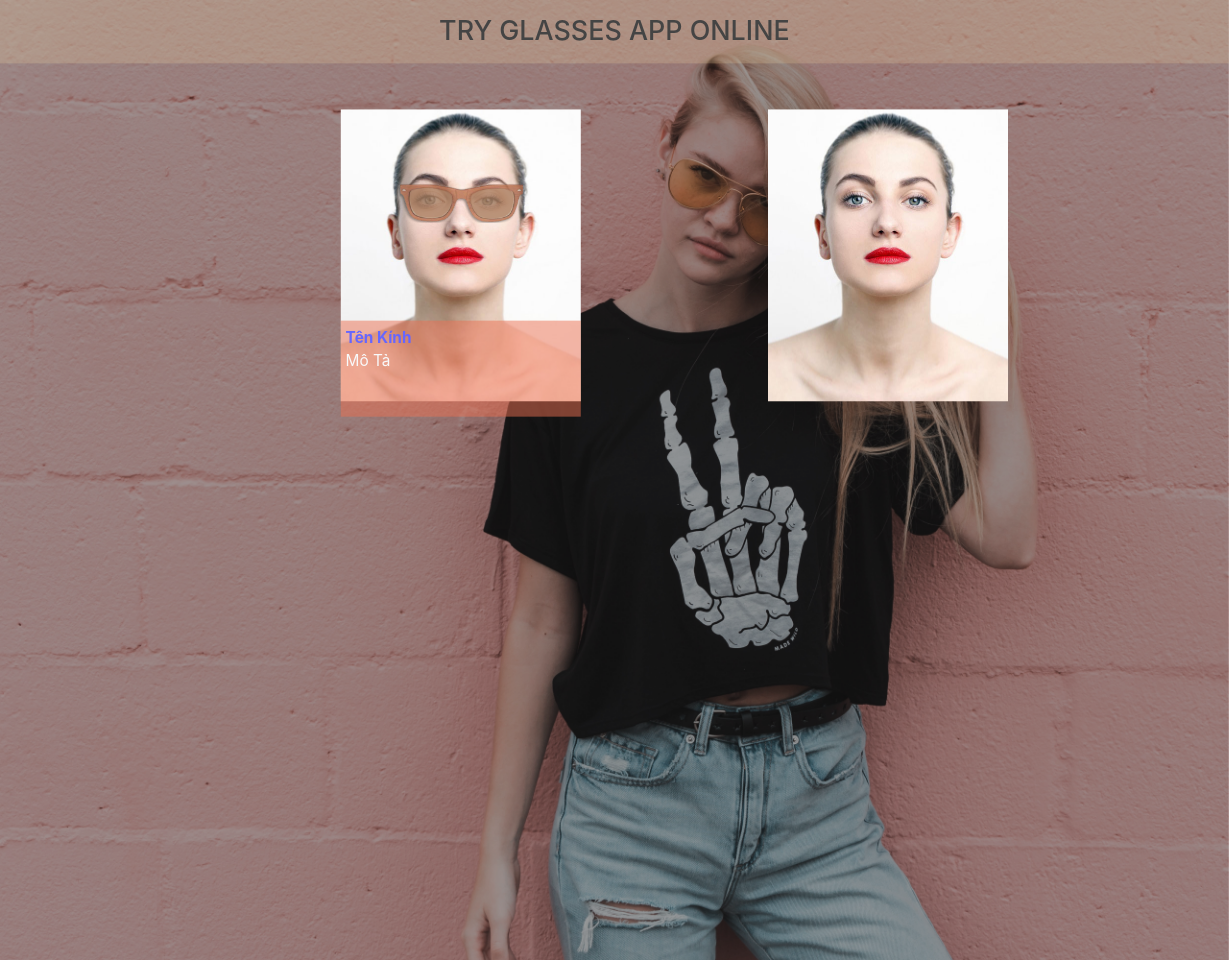
Repository: LeHieuSP/Baitapthukinh_LTH_FE70
Page: /
An editor plug-in stored every save of this project. The page is shown before and after the next save, followed by the edit.
The browser window is 1280 px wide. The pictures show the whole page, at 96% of full size.
The project was rebuilt for these pictures with package versions that can differ from the ones it lists, and the page was loaded fresh each time. Also part of the build but not shown: src/index.css, src/App.css, src/redux/actions/BaiTapDatVeAction.js, src/BaiTapRedux/BaiTapBookingTicket/ThongTinDatGhe.js, src/BaiTapRedux/BaiTapBookingTicket/HangGhe.js, src/BaiTapRedux/BaiTapBookingTicket/BaiTapBookingTicket.js.

Above is the page before, as saved 2022-03-09 23:19:39.

After the next save:
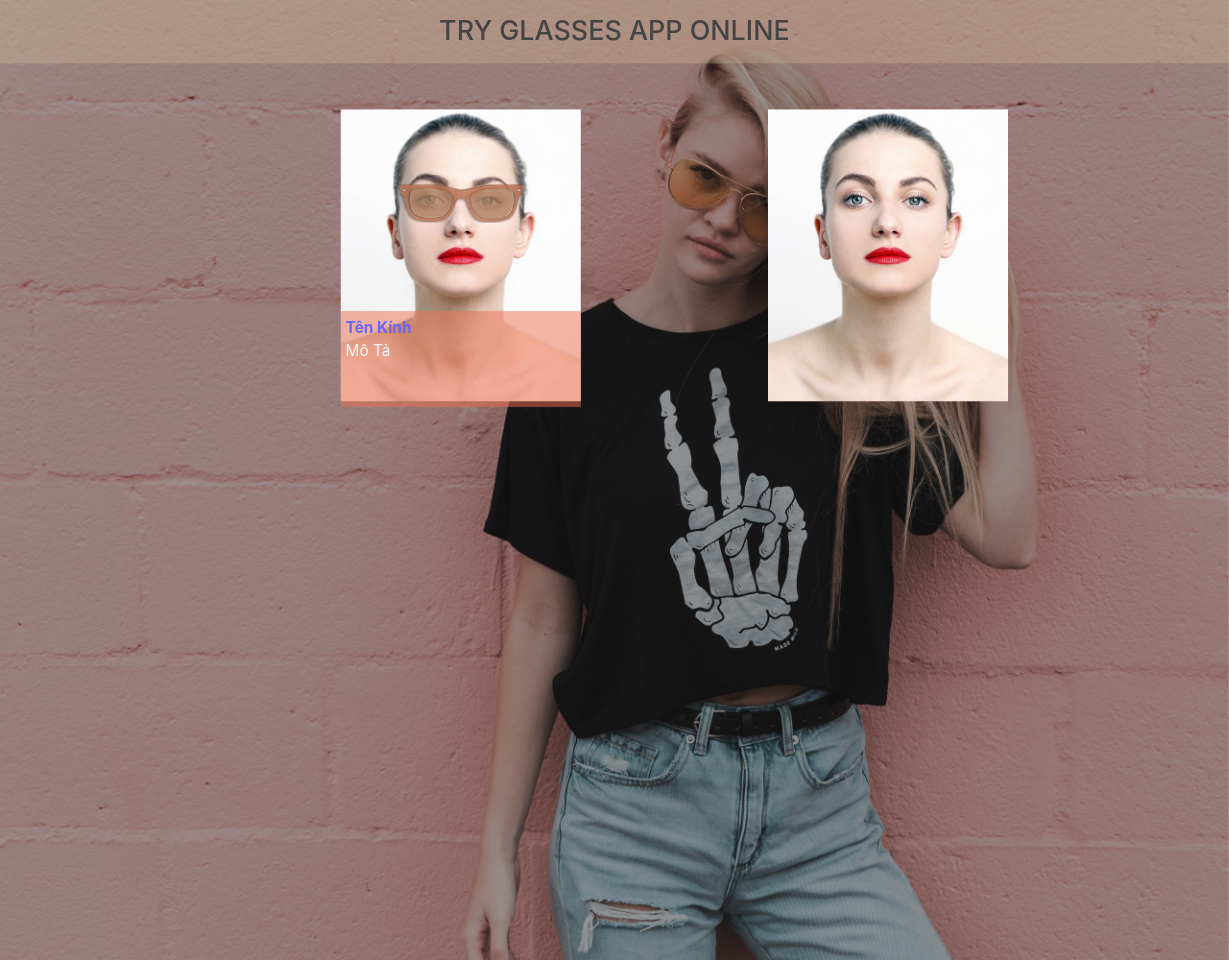
Saved 6 s later.
--- a/src/BaiTapThuKinh/BaiTapThuKinh.js
+++ b/src/BaiTapThuKinh/BaiTapThuKinh.js
@@ -15,7 +15,7 @@
     width: '250px',
     height:'100px',
     backgroundColor: 'rgba(235,113,83,.5)',
-    top: '220px',
+    top: '210px',
     left: '270px',
     textAlign: 'left',
     padding: '5px'
